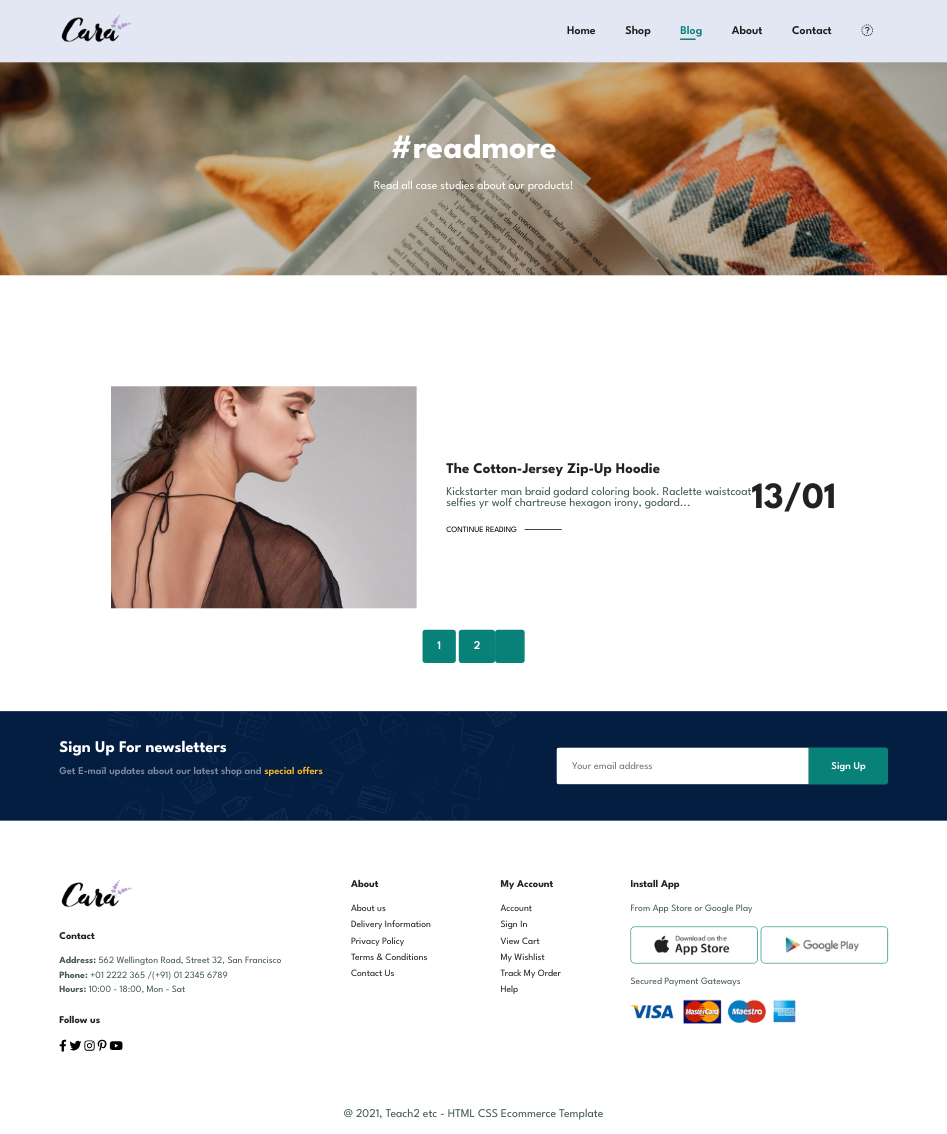
Repository: quy261001/cara
Page: blog.html
These files come from the project's save history. The page is drawn as it stood at one moment and after the next save; the edit follows.
The browser window is 1280 px wide. The pictures show the whole page, at 74% of full size.

Above is the page before, as saved 2022-05-03 22:25:25.

### blog.html
<!DOCTYPE html>
<html lang="en">
<head>
  <meta charset="UTF-8">
  <meta http-equiv="X-UA-Compatible" content="IE=edge">
  <meta name="viewport" content="width=device-width, initial-scale=1.0">
  <link rel="stylesheet" href="style.css">
  <title>Cara Blog</title>
</head>
<body>
  <section class="header">
    <a href="#"><img src="img/logo.png" class="logo" alt=""></a>

    <div>
      <ul class="navbar">
        <li><a href="index.html">Home</a></li>
        <li><a href="shop.html">Shop</a></li>
        <li><a class="active" href="blog.html">Blog</a></li>
        <li><a href="about.html">About</a></li>
        <li><a href="contact.html">Contact</a></li>
        <li class="lg-bag"><a href="cart.html"><i class="far fa-shopping-bag"></i></a></li>
        <a href="#" class="close"><i class="far fa-times"></i></a>
      </ul>
    </div>
    <div class="mobile">
      <a href="cart.html"><i class="menu far fa-shopping-bag"></i></a>
      <div class="bar">
        <i class=" fas fa-outdent"></i>
      </div>
    </div>
  </section>

  <section class="page-header blog-header">
    <h2>#readmore</h2>
    <p>Read all case studies about our products!</p>
  </section>

  <section class="blog">
    <div class="blog-box">
      <div class="blog-img">
        <img src="img/blog/b1.jpg" alt="">
      </div>
      <div class="blog-details">
        <h4>The Cotton-Jersey Zip-Up Hoodie</h4>
        <p>Kickstarter man braid godard coloring book. Raclette waistcoat selfies yr wolf chartreuse hexagon irony, godard...</p>
        <a href="#">CONTINUE READING</a>
      </div>
      <h1>13/01</h1>
    </div>
  </section>

  <section class="pagination section-p1">
    <a href="#">1</a>
    <a href="#">2</a>
    <a href="#"><i class="next fal fa-long-arrow-alt-right"></i></a>
  </section>

  <section class="newsletter section-p1 section-m1">
      <div class="newstext">
          <h4>Sign Up For newsletters</h4>
          <p>Get E-mail updates about our latest shop and <span>special offers</span></p>
      </div>
      <div class="form">
        <input type="text" placeholder="Your email address">
        <button class="normal">Sign Up </button>
      </div>
  </section>

  <footer class="section-p1">
    <div class="col">
      <img class="logo" src="img/logo.png" alt="">
      <h4>Contact</h4>
      <p><strong>Address: </strong>562 Wellington Road, Street 32, San Francisco</p>
      <p><strong>Phone: </strong>+01 2222 365 /(+91) 01 2345 6789</p>
      <p><strong>Hours: </strong>10:00 - 18:00, Mon - Sat</p>
      <div class="follow">
        <h4>Follow us</h4>
        <div class="icon">
          <i class="fab fa-facebook-f"></i>
          <i class="fab fa-twitter"></i>
          <i class="fab fa-instagram"></i>
          <i class="fab fa-pinterest-p"></i>
          <i class="fab fa-youtube"></i>
        </div>
      </div>
    </div>

    <div class="col">
      <h4>About</h4>
      <a href="#">About us</a>
      <a href="#">Delivery Information</a>
      <a href="#">Privacy Policy</a>
      <a href="#">Terms & Conditions</a>
      <a href="#">Contact Us</a>
    </div>

    <div class="col">
      <h4>My Account</h4>
      <a href="#">Account</a>
      <a href="#">Sign In</a>
      <a href="#">View Cart</a>
      <a href="#">My Wishlist</a>
      <a href="#">Track My Order</a>
      <a href="#">Help</a>
    </div>

    <div class="col install">
      <h4>Install App</h4>
      <p>From App Store or Google Play</p>
      <div class="row">
        <img src="img/pay/app.jpg" alt="">
        <img src="img/pay/play.jpg" alt="">
      </div>
      <p>Secured Payment Gateways</p>
      <img src="img/pay/pay.png" alt="">
    </div>
  </footer>
  <section>
    <div class="copyright">
      <p>@ 2021, Teach2 etc - HTML CSS Ecommerce Template</p>
    </div>
  </section>
  <script src="script.js"></script>
  <script defer src="https://pro.fontawesome.com/releases/v5.15.4/js/all.js"></script>
</body>
</html>

### style.css
@import url('https://fonts.googleapis.com/css2?family=League+Spartan:wght@100;200;300;400;500;600;700;800;900&display=swap');
* {
  margin: 0;
  padding: 0;
  box-sizing: border-box;
  font-family: 'League Spartan', sans-serif;
}
h1 {
  font-size: 50px;
  line-height: 64px;
  color: #222;
}
h2 {
  font-size: 46px;
  line-height: 53px;
  color: #222;
}
h4 {
  font-size: 20px;
  color: #222;
}
h6 {
  font-weight: 700;
  font-size: 12px;
}
p {
  font-size: 16px;
  color: #465b52;
  margin: 15px 0 20px 0;
}
.section-p1 {
  padding: 40px 80px;
}
.section-m1 {
  margin: 40px 0;
}
button.normal {
  font-size: 14px;
  font-weight: 600;
  padding: 15px 30px;
  color: #000;
  background-color: #fff;
  border-radius: 4px;
  cursor: pointer;
  border: none;
  outline: none;
  transition: 0.2s;
}
button.while {
  font-size: 13px;
  font-weight: 600;
  padding: 11px 22px;
  color: #000;
  background-color: transparent;
  cursor: pointer;
  border: 1px solid #fff;
  outline: none;
  transition: 0.2s;
}
body {
  width: 100%;
}

/* Header-start */
.header {
  display: flex;
  justify-content: space-between;
  align-items: center;
  padding: 20px 80px;
  background-color: #E3E6F3;
  box-shadow: 0 5px 15px rgba(0, 0, 0, 0.06);
  z-index: 999;
  position: sticky;
  top: 0;
  left: 0;
}

.navbar {
  display: flex;
  align-items: center;
  justify-content: center;
}

.navbar li {
  list-style: none;
  padding: 0 20px;
  position: relative;
}

.navbar li a {
  text-decoration: none;
  font-size:16px;
  font-weight: 600;
  color: #1a1a1a;
  transition: 0.3s ease;
}

.navbar li a:hover,
.navbar li a.active {
  color: #088178;
}

.navbar li a.active::after,
.navbar li a:hover::after {
  content: "";
  width: 30%;
  height: 2px;
  background-color: #088178;
  position: absolute;
  bottom: -4px;
  left: 20px;
}
.mobile {
  display: none;
  align-items: center;
}
.close {
  display: none;
}
/* Home page */
.hero {
  background-image: url("img/hero4.png");
  height: 90vh;
  width: 100%;
  background-position: top 25% right 0;
  background-size: cover;
  display: flex;
  justify-content: center;
  align-items: flex-start;
  flex-direction: column;
  padding: 0 80px;
}

.hero h4 {
  padding-bottom: 15px;
}

.hero h1 {
  color: #088178;
}

.hero button {
  background-image: url("img/button.png");
  background-color: transparent;
  color: #088178;
  border: 0;
  padding: 14px 80px 14px 80px;
  background-repeat: no-repeat;
  cursor: pointer;
  font-weight: 700;
}

.feature {
  display: flex;
  align-items: center;
  justify-content: space-between;
  flex-wrap: wrap;
}

.feature .fe-box {
   width: 180px;
   text-align: center;
   padding: 25px 15px;
   box-shadow: 20px 20px 34px rgba(0, 0, 0, 0.03);
   border: 1px solid #cce7d0;
   border-radius: 4px;
   margin: 15px 0;
}

.feature .fe-box:hover {
  box-shadow: 10px 10px 54px rgba(70, 62, 221, 0.1);
}
.feature .fe-box img {
  width: 100%;
  margin-bottom: 10px;
}
.feature .fe-box h6 {
  display: inline-block;
  padding: 9px 8px 6px 8px;
  line-height: 1;
  border-radius: 4px;
  color: #088178;
  background-color: #fddde4;
}
.feature .fe-box:nth-child(2) h6 {
  background-color: #cdebbc;
}
.feature .fe-box:nth-child(3) h6 {
  background-color: #d1e8f2;
}
.feature .fe-box:nth-child(4) h6 {
  background-color: #cdd4f8;
}
.feature .fe-box:nth-child(5) h6 {
  background-color: #f6dbf6;
}
.feature .fe-box:nth-child(6) h6 {
  background-color: #fff2e5;
}

.product1 {
  text-align: center;
}
.product1 .pro-container {
  display: flex;
  justify-content: space-between;
  flex-wrap: wrap;
  padding-top: 20px;
}
.product1 .pro {
  position: relative;
  width: 23%;
  min-width: 250px;
  padding: 10px 12px;
  border: 1px solid #cce70d;
  border-radius: 25px;
  cursor: pointer;
  box-shadow: 20px 20px 30px rgba(0, 0, 0, 0.02);
  margin: 15px 0;
  transition: 0.2s ease;
}
.product1 .pro:hover {
  box-shadow: 20px 20px 30px rgba(0, 0, 0, 0.06);
}
.product1 .pro img {
  width: 100%;
  border-radius: 20px;
}
.product1 .pro .des {
  text-align: start;
  padding: 10px 0;
}
.product1 .pro .des span {
  color: #606063;
  font-size: 12px;
}
.product1 .pro .des h5 {
  padding-top: 7px;
  color: #1a1a1a;
  font-size: 14px;
}
.star {
  font-size: 12px;
  color: rgb(243, 181, 25);
}
.product1 .pro .des h4 {
  padding-top: 7px;
  font-size: 15px;
  font-weight: 700;
  color: #088178;
}
.product1 .pro .cart {
  width: 40px;
  height: 40px;
  line-height: 40px;
  border-radius: 50px;
  background-color: #e8f6ea;
  font-weight: 500;
  color: #088178;
  border: 1px solid #cce7d0;
  padding: 10px;
  position: absolute;
  bottom: 20px;
  right: 10px;
}

.banner {
  display: flex;
  flex-direction: column;
  justify-content: center;
  align-items: center;
  background-image: url("img/banner/b2.jpg");
  width: 100%;
  height: 40vh;
  background-size: cover;
  background-position: center;
}
.banner h4 {
  color: #fff;
  font-size: 16px;
}
.banner h2 {
  color: #fff;
  font-size: 30px;
  padding: 10px 0;
}
.banner h2 span {
  color: #ef3636;
}
.banner button:hover {
  background: #088178;
  color: #fff;
}

.sm-banner {
  display: flex;
  justify-content: space-between;
  flex-wrap: wrap;
}

.sm-banner .banner-box {
  display: flex;
  flex-direction: column;
  justify-content: center;
  align-items: flex-start;
  text-align: center;
  background-image: url("img/banner/b17.jpg");
  min-width: 49%;
  height: 50vh;
  background-size: cover;
  background-position: center;
  padding: 30px;
}
.sm-banner .banner-box2 {
  background-image: url("img/banner/b10.jpg");
}
.sm-banner h4 {
  color: #fff;
  font-size: 30px;
  font-weight: 300;
}
.sm-banner h2 {
  color: #fff;
  font-size: 38px;
  font-weight: 800;
}
.sm-banner span {
  color: #fff;
  font-size: 24px;
  font-weight: 500;
  margin-bottom: 15px;
}
.sm-banner .banner-box:hover button {
  background-color: #088178;
  border: 1px solid #088178;
}

.banner3 {
  display: flex;
  justify-content: space-between;
  flex-wrap: wrap;
}

.banner3 .banner-box {
  display: flex;
  flex-direction: column;
  justify-content: center;
  align-items: flex-start;
  text-align: center;
  background-image: url("img/banner/b7.jpg");
  min-width: 30%;
  height: 30vh;
  background-size: cover;
  background-position: center;
  padding: 20px;
  margin-bottom: 20px;
}

.banner3 .banner-box2 {
  background-image: url("img/banner/b4.jpg");
}

.banner3 .banner-box3 {
  background-image: url("img/banner/b18.jpg");
}

.banner3 h2 {
  color: #fff;
  font-weight: 900;
  font-size: 22px;
}

.banner3 h3 {
  color: #ec544e;
  font-weight: 800;
  font-size: 15px;
}

.newsletter {
  display: flex;
  justify-content: space-between;
  flex-wrap: wrap;
  align-items: center;
  background-image: url("img/banner/b14.png");
  background-repeat: no-repeat;
  background-position: 20% 30%;
  background-color: #041e42;
}
.newsletter h4 {
  font-size: 22px;
  font-weight: 700;
  color: #fff;
}
.newsletter p {
  font-size: 14px;
  font-weight: 600;
  color: #818ea0;
}
.newsletter p span {
  color: #ffbd27;
}

.newsletter .form {
  display: flex;
  width: 40%;
}

.newsletter input {
  height: 3.125rem;
  width: 24.125rem;
  padding: 0 1.25rem;
  font-size: 14px;
  border: 1px solid transparent;
  border-radius: 4px;
  outline: none;
  border-top-right-radius: 0;
  border-bottom-right-radius: 0;
}
.newsletter button {
  background-color: #088178;
  color: #fff;
  white-space: nowrap;
  padding:18px 30px;
  border-top-left-radius: 0;
  border-bottom-left-radius: 0;
}

footer {
  display: flex;
  flex-wrap: wrap;
  justify-content: space-between;
}
footer .col {
  display: flex;
  flex-direction: column;
  align-items: flex-start;
  margin-bottom: 20px;
}
footer .logo {
    margin-bottom: 30px;
}
footer h4 {
  font-size: 14px;
  margin-bottom: 20px;
}
footer p {
  font-size: 13px;
  margin: 0 0 8px 0;
}
footer a  {
  font-size: 13px;
  text-decoration: none;
  color: #222;
  margin-bottom: 10px;
}
footer .follow {
  margin-top: 20px;
}
footer .follow i {
  color: #456b52;
  padding-right: 4px;
  cursor: pointer;
}
footer .install .row img {
  border: 1px solid #088178;
  border-radius: 6px;
}
footer .install img {
  margin: 10px 0 15px 0;
}
footer .folow i:hover,
footer a:hover {
  color: #088178;
}
.copyright {
  width: 100%;
  text-align: center;
}

/* Shop page */
.page-header {
  background-image: url("img/banner/b1.jpg");
  height: 100%;
  height: 40vh;
  background-size: cover;
  display: flex;
  justify-content: center;
  align-items: center;
  flex-direction: column;
  padding: 14px;
}
.page-header h2,
.page-header p {
  color: #fff;

}
.pagination {
  text-align: center;
}
.pagination a {
  text-decoration: none;
  background-color: #088178;
  padding: 15px 20px;
  border-radius: 4px;
  color: #fff;
  font-weight: 600;
}
.pagination .next {
  font-size: 16px;
}

/* Single Product  */
.prodetails {
  display: flex;
  margin-top: 20px;
}
.prodetails .single-pro-image {
  width: 40%;
  margin-right: 50px;
}

.small-img-group {
  display: flex;
  justify-content: space-between;

}
.small-img-col {
  flex-basis: 24%;
  cursor: pointer;
}
.prodetails .single-pro-details {
  width: 50%;
  padding-top: 30px;
}
.prodetails .single-pro-details h4 {
  padding: 40px 0 20px 0;
}
.prodetails .single-pro-details h2 {
  font-size: 26px;
}
.prodetails .single-pro-details select {
  display: block;
  padding: 5px 10px;
  margin-bottom: 10px;
}
.prodetails .single-pro-details input {
  width: 50px;
  height: 47px;
  padding-left: 10px;
  font-size: 16px;
  margin-right: 10px;
}
.prodetails .single-pro-details input:focus {
  outline: none;
}
.prodetails .single-pro-details button {
  background-color: #088178;
  color: #fff;
}
.prodetails .single-pro-details span {
  line-height: 25px;
}

/* Blog page */
.blog-header {
  background-image: url("img/banner/b19.jpg");
}
.blog {
  padding: 150px 150px 0 150px;
}
.blog .blog-box {
  display: flex;
  align-items: center;
  width: 100%;
}
.blog .blog-img {
  width: 50%;
  margin-right: 40px;
}
.blog img {
  width: 100%;
  height: 300px;
  object-fit: cover;
}
.blog .blog-details {
  width: 50%;
}
.blog .blog-details a{
  text-decoration: none;
  font-size: 11px;
  color: #000;
  position: relative;
  transition: 0.3s;
}
.blog .blog-details a::after {
  content: "";
  width: 50px;
  height: 1px;
  background-color: #000;
  position: absolute;
  top: 4px;
  right: -60px;
}
.blog .blog-details a:hover {
  color: #088178;
}

/* Start Media Query */

@media (max-width: 799px) {
  /* .section-p1 {
    padding: 40px 40px;
  } */
  .navbar {
    display: flex;
    flex-direction: column;
    align-items: flex-start;
    justify-content: flex-start;
    position: fixed;
    top: 0;
    right: -300px;
    height: 100vh;
    width: 300px;
    background-color: #E3E6F3;
    box-shadow: 0 40px 60px rgba(0, 0, 0, 0.1);
    padding: 80px 0 0 10px;
    transition: 0.3s;
  }
    .active {
    right: 0px;
  }
  .navbar li {
    margin-bottom: 25px;
  }
  .mobile {
    display: flex;
    align-items: center;
  }
  .mobile .menu {
    /* display: none; */
    color: #1a1a1a;
    font-size: 20px;
    margin-right: 20px;
  }
  .mobile .bar {
    color: #1a1a1a;
    font-size: 20px;
    padding-left: 10px;
  }
  .close {
    display: block;
    position: absolute;
    top: 30px;
    left: 30px;
    color: #222;
    font-size: 24px;
  }
  .lg-bag {
    display: none;
  }
  .hero {
    height: 70vh;
    padding: 0 80px;
    background-position: top 30% right 30%;
  }
  /* .feature {
    justify-content: center;
  }
  .feature .fe-box {
    margin: 15px 15px;
  } */
  .banner {
    height: 20vh;
  }
  .sm-banner .banner-box {
    min-width: 100%;
    height: 30vh;

  }
  .banner3 {
    padding: 0 40px;
  }
  .banner3 .banner-box {
    width: 28%;
  }
  .newsletter .form{
    width: 70%;
  }
}

@media (max-width: 477px) {
  .bar svg {
    pointer-events: none;
  }
  .section-p1 {
    padding: 20px;
  }
  .header {
    padding: 10px 30px;
  }
  h1 {
    font-size: 38px;
  }
  h2 {
    font-size: 32px;
  }
  .hero {
    padding: 0 20px;
    background-position: 55%;
  }
  .feature .fe-box {
    width: 155px;
    margin: 0 0 15px 0;
  }
  .product1 .pro {
    width: 100%;
  }
  .banner {
    height: 40vh;
  }
  .banner h2 {
    text-align: center;
  }
  .sm-banner .banner-box {
    height: 40vh;
  }
  .sm-banner .banner-box2 {
    margin-top: 20px;
  }
  .banner3 {
    padding: 0 20px;
  }
  .banner3 .banner-box {
    width: 100%;
  }
  .newsletter {
    padding: 40px 20px;
  }
  .newsletter .form {
    width: 100%;
  }
  .navbar {
    width: 240px;
  }

  /* Single Product */
  .page-header {
    background-position: top 0 right 50%;
  }
  .prodetails {
    display: flex;
    flex-direction: column;
  }
  .prodetails .single-pro-image {
    width: 100%;
    margin-right: 0px;
  }
  .prodetails .single-pro-details {
    width: 100%;
  }
}

### script.js
const bar = document.querySelector(".bar");
const nav = document.querySelector(".navbar");
const close = document.querySelector(".close");
console.log(bar)
console.log(nav)
if(bar) {
  bar.addEventListener("click", () => {
    nav.classList.add("active");
  })
}
if(close) {
  close.addEventListener("click", () => {
    nav.classList.remove("active");
  })
}

document.addEventListener("click", function(e) {
  if (!nav.contains(e.target) && !e.target.matches(".bar")) {
    nav.classList.remove("active")
  }
})

After the next save:
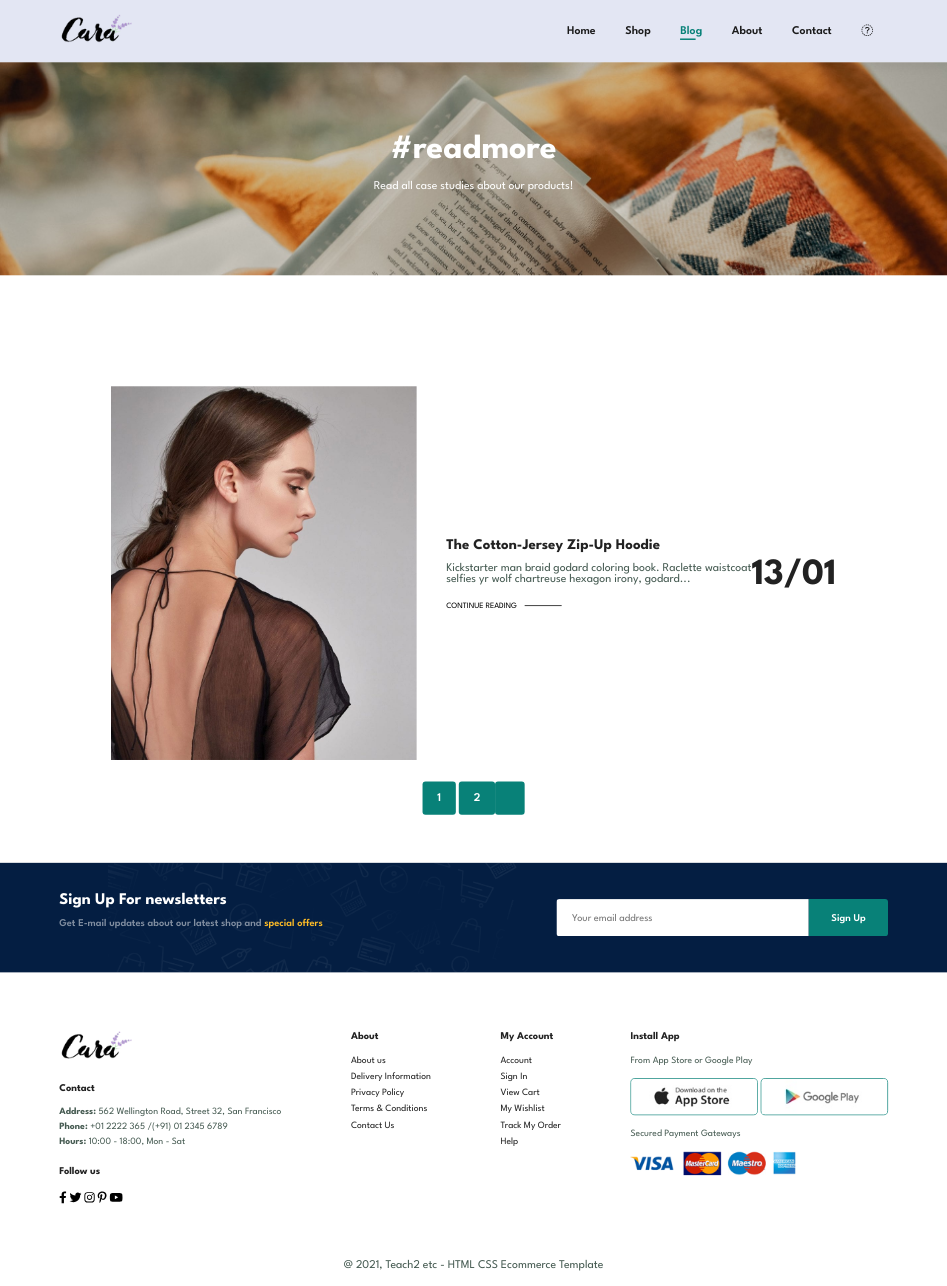
Saved 38 s later.
--- a/style.css
+++ b/style.css
@@ -579,7 +579,7 @@ footer a:hover {
 }
 .blog img {
   width: 100%;
-  height: 300px;
+  height: 100%;
   object-fit: cover;
 }
 .blog .blog-details {
